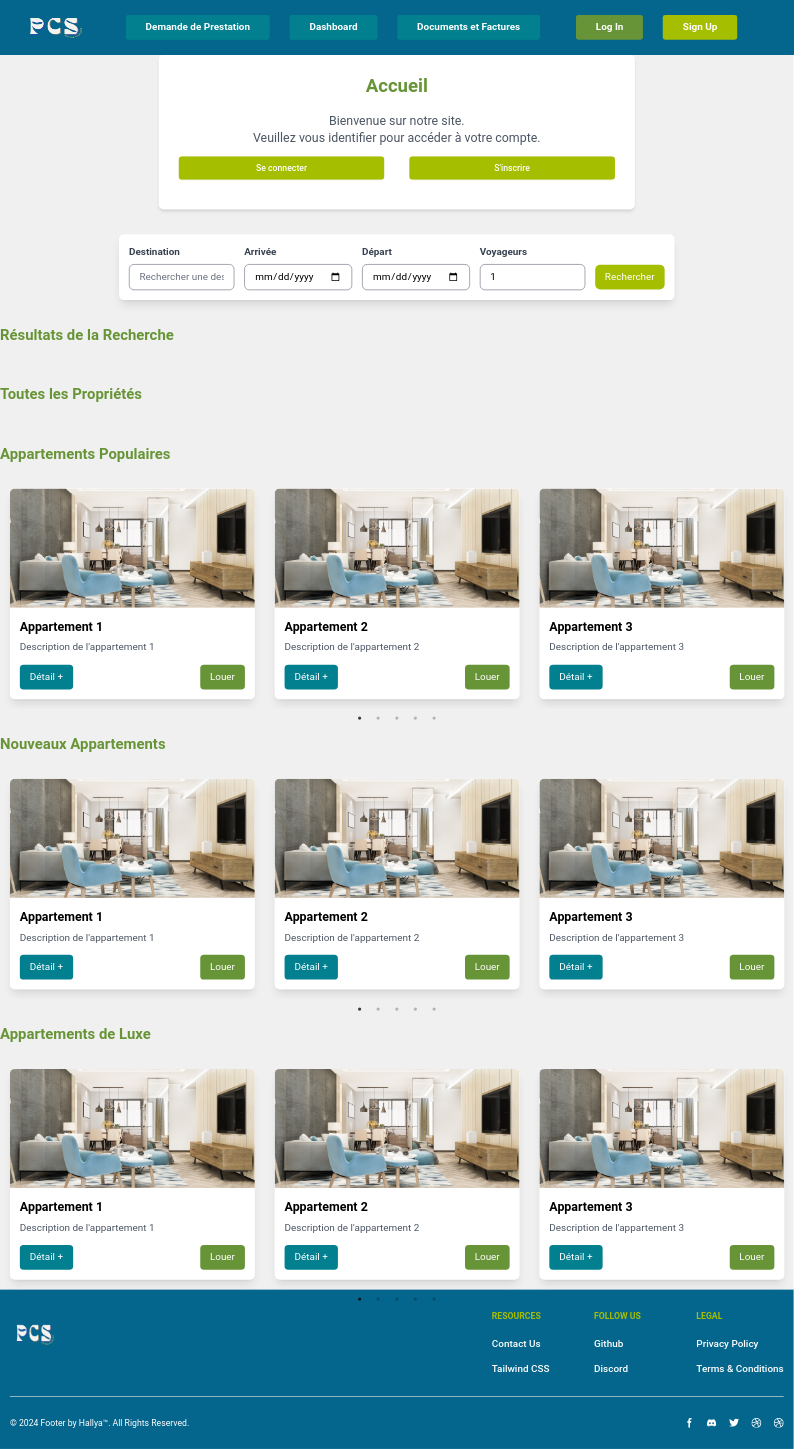
Repository: HATTOUNGBRE/ProjetAnnuel2
Page: /logout (app in FRONT/)
These files come from the project's save history. The page is drawn as it stood at one moment and after the next save; the edit follows.
The browser window is 1280 px wide. The page is 1305 px wide, so the pictures cover 1305 px, including what lies to the right of the window. The pictures show the whole page, at 62% of full size.
The page's requests for data from a server got no answer. The project was rebuilt for these pictures with package versions that can differ from the ones it lists, and the page was loaded fresh each time. No one was signed in, and anything a server would have sent is missing. Also part of the build but not shown: FRONT/vite.config.js, FRONT/src/components/PropertySearch.jsx, FRONT/src/components/Contact.jsx, FRONT/src/components/CatUser.jsx, FRONT/src/components/Login.jsx, FRONT/src/components/prestataire/PrestataireType.jsx, FRONT/src/components/prestataire/PrestataireDetails.jsx, FRONT/src/components/Account.jsx and 14 more.

Above is the page before, as saved 2024-06-28 23:22:40.

### FRONT/src/main.jsx
import React from 'react'
import ReactDOM from 'react-dom/client'
import App from './App.jsx'
import './App.css'
import { AuthProvider } from './components/AuthContext';
import {
  BrowserRouter,
  Route,
  Link
} from "react-router-dom";

ReactDOM.createRoot(document.getElementById('root')).render(
  <React.StrictMode>
    <AuthProvider>
    <App />
    </AuthProvider>
  </React.StrictMode>,
)

### FRONT/src/App.css
@tailwind base;
@tailwind components;
@tailwind utilities;

html, body {
  height: 100%;
  width: 100%;
  margin: 0;
  padding: 0;
  font-family: 'Roboto', sans-serif;
}


.logo {
  height: 5em;
  width: 7em;
  /* will-change: filter; */
  transition: filter 300ms;
}
.logo:hover {
}
.logo.react:hover {
  filter: drop-shadow(0 0 2em #61dafbaa);
}

@keyframes logo-spin {
  from {
    transform: rotate(0deg);
  }
  to {
    transform: rotate(360deg);
  }
}


.card {
  padding: 2em;
}

.read-the-docs {
  color: #888;
}
footer {
  position: absolute;
  left: 0;
  bottom: 0;
  width: 100%;
}
html, body {
  height: 100%;
  margin: 0;
  padding: 0;

}



footer {
  flex-shrink: 0; /* Empêche le pied de page de rétrécir si le contenu est trop grand */
}

.main-content {
  flex: 1;
  padding: 24px;
  overflow-y: auto;
  display: flex;
  flex-direction: column;
}

### FRONT/src/components/Header.jsx
import { useState, useEffect } from 'react';
import Nav from './Nav';
import { Link } from "react-router-dom";

function Header(props) {
  const { isLoggedIn, userRole } = props;

  return (
    <div>
      <header className="bg-pcs-200 sticky top-0 z-[20]">
        <nav className="bg-pcs-200 border-gray-200 dark:bg-gray-900 w-full">
          <div className="w-full flex flex-wrap items-center justify-around p-1">
            <Link to="/" className="flex items-center space-x-3 rtl:space-x-reverse">
              <img src="/public/images/fullDay.png" className="h-8 logo" alt="PCSLogo" />
            </Link>
            <Nav isLoggedIn={isLoggedIn} userRole={userRole} />
            <button
              data-collapse-toggle="navbar-default"
              type="button"
              className="inline-flex items-center p-2 w-10 h-10 justify-center text-sm text-gray-500 rounded-lg md:hidden focus:outline-none focus:ring-2 focus:ring-gray-200 dark:text-gray-400 dark:focus:ring-gray-600"
              aria-controls="navbar-default"
              aria-expanded="false"
            >
              <span className="sr-only">Open main menu</span>
              <svg
                className="w-5 h-5"
                aria-hidden="true"
                xmlns="http://www.w3.org/2000/svg"
                fill="none"
                viewBox="0 0 17 14"
              >
                <path
                  stroke="currentColor"
                  strokeLinecap="round"
                  strokeLinejoin="round"
                  strokeWidth="2"
                  d="M1 1h15M1 7h15M1 13h15"
                />
              </svg>
            </button>
            <div className="hidden w-full md:block md:w-auto" id="navbar-default"></div>
          </div>
        </nav>
      </header>
    </div>
  );
}

export default Header;

### FRONT/src/components/Main.jsx
import React, { useState, useContext, useEffect } from 'react';
import AuthContext from './AuthContext';
import { Link } from 'react-router-dom';
import PropertySearch from './PropertySearch';
import PropertySliderSection from './PropertySliderSection';
import PropertyRow from './PropertyRow';
import 'slick-carousel/slick/slick.css';
import 'slick-carousel/slick/slick-theme.css';

function Main() {
  const { isLoggedIn, userRole } = useContext(AuthContext);

  const [searchTerm, setSearchTerm] = useState('');
  const [cities, setCities] = useState([]);
  const [arrivalDate, setArrivalDate] = useState('');
  const [departureDate, setDepartureDate] = useState('');
  const [guests, setGuests] = useState(1);
  const [searchResults, setSearchResults] = useState([]);
  const [allProperties, setAllProperties] = useState([]);

  useEffect(() => {
    if (searchTerm.length >= 2) {
      searchCities(searchTerm);
    } else {
      setCities([]);
    }
  }, [searchTerm]);

  useEffect(() => {
    fetchAllProperties();
  }, []);

  const searchCities = async (term) => {
    try {
      const response = await fetch(`https://geo.api.gouv.fr/communes?nom=${term}&fields=departement&boost=population&limit=5`);
      const data = await response.json();
      setCities(data);
    } catch (error) {
      console.error('Error fetching cities:', error);
    }
  };

  const handleSearch = async (e) => {
    e.preventDefault();
    try {
      const response = await fetch(
        `http://localhost:8000/api/search-properties?commune=${searchTerm}&maxPersons=${guests}`
      );
      const data = await response.json();
      setSearchResults(data);
      setCities([]);  // Effacer les suggestions après la sélection
    } catch (error) {
      console.error('Error fetching properties:', error);
    }
  };

  const fetchAllProperties = async () => {
    try {
      const response = await fetch('http://localhost:8000/api/properties');
      const data = await response.json();
      setAllProperties(data);
    } catch (error) {
      console.error('Error fetching all properties:', error);
    }
  };

  const sliderSettings = {
    dots: true,
    infinite: true,
    speed: 500,
    slidesToShow: 3,
    slidesToScroll: 1,
    responsive: [
      {
        breakpoint: 1024,
        settings: {
          slidesToShow: 2,
          slidesToScroll: 1,
          infinite: true,
          dots: true
        }
      },
      {
        breakpoint: 600,
        settings: {
          slidesToShow: 1,
          slidesToScroll: 1
        }
      }
    ]
  };

  return (
    <div className="min-h-screen bg-pcs-100 flex flex-col items-center justify-center">
      <div className="max-w-3xl w-full p-8 bg-white shadow-md rounded-lg text-center">
        <h1 className="text-3xl font-semibold text-pcs-400 mb-6">Accueil</h1>
        {isLoggedIn ? (
          <p className="text-xl text-pcs-300">
            Vous êtes connecté.e en tant que <span className="font-bold">{userRole}</span>
          </p>
        ) : (
          <div>
            <p className="text-xl text-gray-600">Bienvenue sur notre site.</p>
            <p className="text-xl text-gray-600">Veuillez vous identifier pour accéder à votre compte.</p>
            <div className='flex justify-center mt-4 space-x-10'>
              <button className='w-full px-4 mb-4 py-2 text-sm font-medium text-white bg-pcs-300 border border-transparent rounded-md shadow-sm hover:bg-pcs-400'>
                <Link to="/components/catUser">Se connecter</Link>
              </button>
              <button className='w-full px-4 mb-4 py-2 text-sm font-medium text-white bg-pcs-300 border border-transparent rounded-md shadow-sm hover:bg-pcs-400'>
                <Link to="/components/inscription">S'inscrire</Link>
              </button>
            </div>
          </div>
        )}
      </div>

      {/* Barre de recherche */}
      {!isLoggedIn || userRole === 'voyageur' ? (
        <div className="mt-10 w-full max-w-4xl bg-white shadow-lg rounded-lg p-4">
          <form onSubmit={handleSearch} className="flex items-center space-x-4">
            <div className="relative w-1/4">
              <label className="block text-gray-700 font-bold mb-2">Destination</label>
              <input
                type="text"
                className="w-full px-4 py-2 border rounded-lg focus:outline-none focus:ring-2 focus:ring-blue-500"
                placeholder="Rechercher une destination"
                value={searchTerm}
                onChange={(e) => setSearchTerm(e.target.value)}
              />
              {cities.length > 0 && (
                <ul className="absolute left-0 mt-2 w-full bg-white border rounded-lg z-10 max-h-48 overflow-y-auto">
                  {cities.map((city) => (
                    <li key={city.code} className="px-4 py-2 border-b last:border-b-0 cursor-pointer hover:bg-gray-200" onClick={() => setSearchTerm(city.nom)}>
                      {city.nom} ({city.departement.nom})
                    </li>
                  ))}
                </ul>
              )}
            </div>
            <div className="w-1/4">
              <label className="block text-gray-700 font-bold mb-2">Arrivée</label>
              <input
                type="date"
                className="w-full px-4 py-2 border rounded-lg focus:outline-none focus:ring-2 focus:ring-blue-500"
                value={arrivalDate}
                onChange={(e) => setArrivalDate(e.target.value)}
              />
            </div>
            <div className="w-1/4">
              <label className="block text-gray-700 font-bold mb-2">Départ</label>
              <input
                type="date"
                className="w-full px-4 py-2 border rounded-lg focus:outline-none focus:ring-2 focus:ring-blue-500"
                value={departureDate}
                onChange={(e) => setDepartureDate(e.target.value)}
              />
            </div>
            <div className="w-1/4">
              <label className="block text-gray-700 font-bold mb-2">Voyageurs</label>
              <input
                type="number"
                min="1"
                className="w-full px-4 py-2 border rounded-lg focus:outline-none focus:ring-2 focus:ring-blue-500"
                value={guests}
                onChange={(e) => setGuests(e.target.value)}
              />
            </div>
            <button
              type="submit"
              className="bg-pcs-300 mt-8 text-white py-2 px-4 rounded-lg hover:bg-pcs-400 focus:outline-none focus:ring-2 focus:ring-blue-500"
            >
              Rechercher
            </button>
          </form>
        </div>
      ) : null}

      {/* Résultats de la recherche */}
      <div className="mt-10 w-full">
        <h2 className="text-2xl font-semibold text-pcs-400 mb-6">Résultats de la Recherche</h2>
        <div className="grid grid-cols-1 md:grid-cols-2 lg:grid-cols-3 gap-4">
          {searchResults.map(property => (
            <PropertyRow key={property.id} property={property} sliderSettings={sliderSettings} />
          ))}
        </div>
      </div>

      {/* Toutes les propriétés */}
      <div className="mt-10 w-full">
        <h2 className="text-2xl font-semibold text-pcs-400 mb-6">Toutes les Propriétés</h2>
        <PropertyRow properties={allProperties} sliderSettings={sliderSettings} />
      </div>

      {/* Sections de propriétés fictives */}
      <PropertySliderSection title="Appartements Populaires" sliderSettings={sliderSettings} />
      <PropertySliderSection title="Nouveaux Appartements" sliderSettings={sliderSettings} />
      <PropertySliderSection title="Appartements de Luxe" sliderSettings={sliderSettings} />
    </div>
  );
}

export default Main;

### FRONT/src/components/Nav.jsx
import { Link } from "react-router-dom";

function Nav(props) {
    const { isLoggedIn, userRole } = props;

    console.log('isLoggedIn page NAV:', isLoggedIn);
    return (
        <>
            <div className='flex space-x-8'>
                <Link to={`/${userRole}/Reservation`}>
                    <button className="bg-pcs-250 hover:bg-pcs-300 text-white font-bold py-2 px-8 rounded">
                        Demande de Prestation
                    </button>
                </Link>

                <Link to={`/components/dashboard/${userRole}`}>
                    <button className="bg-pcs-250 hover:bg-pcs-300 text-white font-bold py-2 px-8 rounded">
                        Dashboard
                    </button>
                </Link>

                <Link to={`/${userRole}/Prestation`}>
                    <button className="bg-pcs-250 hover:bg-pcs-300 text-white font-bold py-2 px-8 rounded">
                        Documents et Factures
                    </button>
                </Link>
            </div>
            {isLoggedIn ? (
                <div className='flex space-x-8'>
                    <Link to='/account'>
                        <button className="bg-pcs-400 hover:bg-pcs-700 text-white font-bold py-2 px-8 rounded">
                            Account
                        </button>
                    </Link>
                    <Link to='/logout'>
                        <button className="bg-pcs-300 hover:bg-pcs-600 text-white font-bold py-2 px-8 rounded">
                            Log out
                        </button>
                    </Link>

                </div>
            ) : (
                <div className='flex space-x-8'>
                    <Link to='/components/catuser'>
                        <button className="bg-pcs-400 hover:bg-pcs-700 text-white font-bold py-2 px-8 rounded">
                            Log In
                        </button>
                    </Link>

                    <Link to='/components/Inscription'>
                        <button className="bg-pcs-300 hover:bg-pcs-600 text-white font-bold py-2 px-8 rounded">
                            Sign Up
                        </button>
                    </Link>
                </div>
            )}
        </>
    );
};

export default Nav;

### FRONT/src/components/LogOut.jsx
import React, { useContext, useEffect } from 'react';
import { useNavigate } from 'react-router-dom';
import AuthContext from './AuthContext';

const LogOut = () => {
  const { logout } = useContext(AuthContext);
  const navigate = useNavigate();

  useEffect(() => {
    logout();
    navigate('/');
  }, [logout, navigate]);

  return null;
};

export default LogOut;

### FRONT/src/components/PropertySliderSection.jsx
import React from 'react';
import Slider from 'react-slick';

const PropertySliderSection = ({ title, sliderSettings }) => {
  return (
    <div className="mt-10 w-full">
      <h2 className="text-2xl font-semibold text-pcs-400 mb-6">{title}</h2>
      <Slider {...sliderSettings}>
        {[1, 2, 3, 4, 5].map(item => (
          <div key={item} className="p-4">
            <div className="bg-white shadow-lg rounded-lg overflow-hidden">
              <img src="http://localhost:8000/uploads/property_photos/default_appart.jpg" alt={`Appartement ${item}`} className="h-48 w-full object-cover" />
              <div className="p-4">
                <h3 className="text-xl font-semibold mb-2">Appartement {item}</h3>
                <p className="text-gray-600 mb-4">Description de l'appartement {item}</p>
                <div className="flex justify-between">
                  <button className="bg-pcs-250 hover:bg-pcs-200 text-white py-2 px-4 rounded-md">Détail +</button>
                  <button className="bg-pcs-400 text-white py-2 px-4 rounded-md">Louer</button>
                </div>
              </div>
            </div>
          </div>
        ))}
      </Slider>
    </div>
  );
};

export default PropertySliderSection;

### FRONT/src/components/PropertyRow.jsx
import React from 'react';
import Slider from 'react-slick';

const PropertyRow = ({ properties, sliderSettings }) => {
  return (
    <div >

      <Slider {...sliderSettings}>
        {properties.map(property => (
          <div key={property.id} className="p-4">
            <div className="bg-white shadow-lg rounded-lg overflow-hidden">
              <img src={`http://localhost:8000/uploads/property_photos/${property.image}`} alt={property.name} className="h-48 w-full object-cover" />
              <div className="p-4">
                <h3 className="text-xl font-semibold mb-2">{property.name}</h3>
                <p className="text-gray-600 mb-4">{property.description}</p>
                <p className="text-gray-600 mb-4">{property.commune}</p>

                <div className="flex justify-between">
                  <button className="bg-pcs-250 hover:bg-pcs-200 text-white py-2 px-4 rounded-md">Détail +</button>
                  <button className="bg-pcs-400 text-white py-2 px-4 rounded-md">Louer</button>
                </div>
              </div>
            </div>
          </div>
        ))}
      </Slider>
    </div>
  );
};

export default PropertyRow;

Loaded but not shown: FRONT/index.html (common file); FRONT/tailwind.config.js (26 lines, source omitted); FRONT/src/components/Footer.jsx (91 lines, source omitted); FRONT/src/App.jsx (95 lines, source omitted); FRONT/src/components/AuthContext.jsx (90 lines, source omitted)

After the next save:
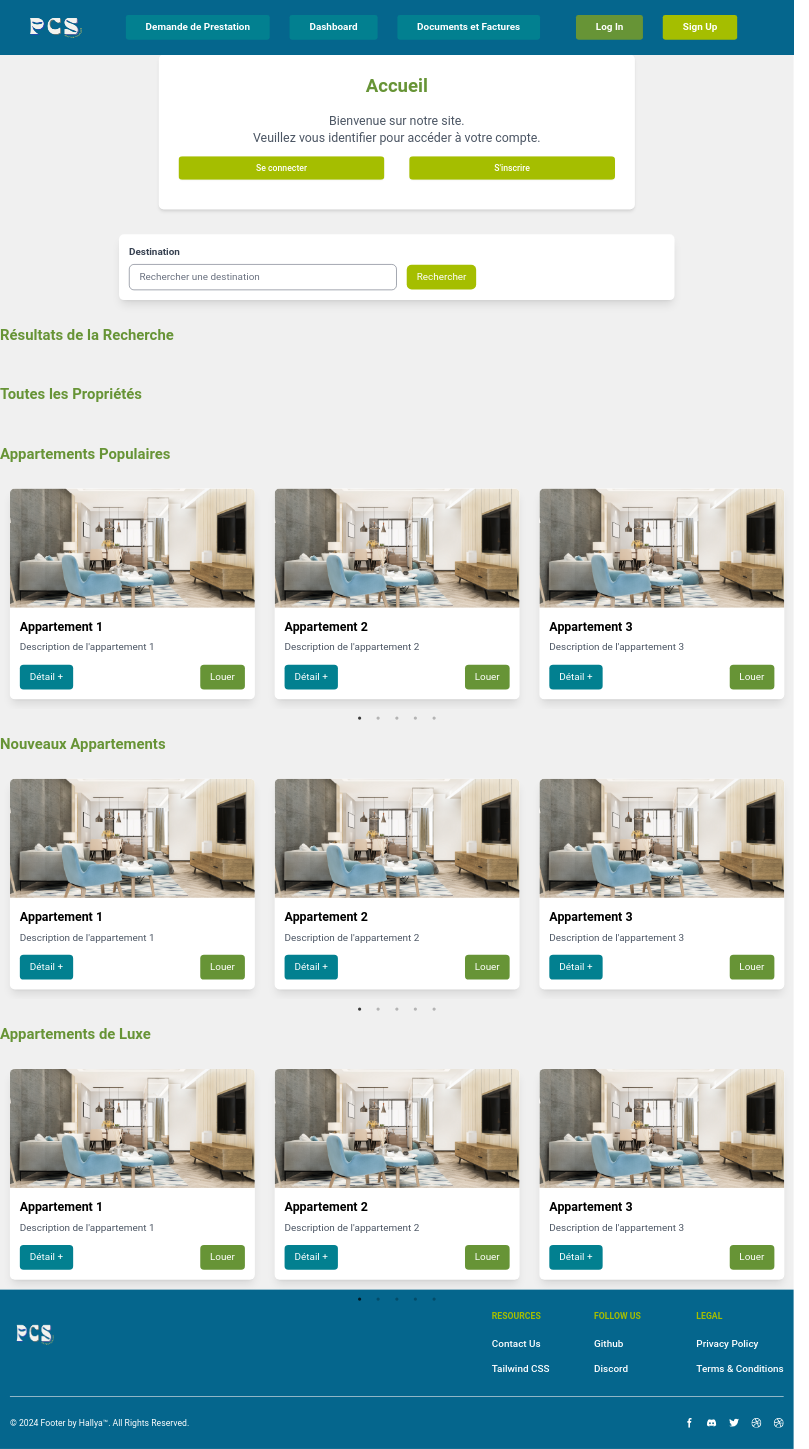
Saved 14 h 23 min later.
--- a/FRONT/src/components/Main.jsx
+++ b/FRONT/src/components/Main.jsx
@@ -1,9 +1,8 @@
 import React, { useState, useContext, useEffect } from 'react';
 import AuthContext from './AuthContext';
 import { Link } from 'react-router-dom';
-import PropertySearch from './PropertySearch';
+import PropertyRow from './PropertyRow';
 import PropertySliderSection from './PropertySliderSection';
-import PropertyRow from './PropertyRow';
 import 'slick-carousel/slick/slick.css';
 import 'slick-carousel/slick/slick-theme.css';
 
@@ -12,11 +11,9 @@ function Main() {
 
   const [searchTerm, setSearchTerm] = useState('');
   const [cities, setCities] = useState([]);
-  const [arrivalDate, setArrivalDate] = useState('');
-  const [departureDate, setDepartureDate] = useState('');
-  const [guests, setGuests] = useState(1);
   const [searchResults, setSearchResults] = useState([]);
   const [allProperties, setAllProperties] = useState([]);
+  const [noResultsMessage, setNoResultsMessage] = useState('');
 
   useEffect(() => {
     if (searchTerm.length >= 2) {
@@ -44,13 +41,19 @@ function Main() {
     e.preventDefault();
     try {
       const response = await fetch(
-        `http://localhost:8000/api/search-properties?commune=${searchTerm}&maxPersons=${guests}`
+        `http://localhost:8000/api/search-properties?commune=${searchTerm}`
       );
       const data = await response.json();
       setSearchResults(data);
       setCities([]);  // Effacer les suggestions après la sélection
+      if (data.length === 0) {
+        setNoResultsMessage('Pas de résultat pour cette recherche');
+      } else {
+        setNoResultsMessage('');
+      }
     } catch (error) {
       console.error('Error fetching properties:', error);
+      setNoResultsMessage('Pas de résultat pour cette recherche');
     }
   };
 
@@ -118,7 +121,7 @@ function Main() {
       {!isLoggedIn || userRole === 'voyageur' ? (
         <div className="mt-10 w-full max-w-4xl bg-white shadow-lg rounded-lg p-4">
           <form onSubmit={handleSearch} className="flex items-center space-x-4">
-            <div className="relative w-1/4">
+            <div className="relative w-1/2">
               <label className="block text-gray-700 font-bold mb-2">Destination</label>
               <input
                 type="text"
@@ -137,34 +140,6 @@ function Main() {
                 </ul>
               )}
             </div>
-            <div className="w-1/4">
-              <label className="block text-gray-700 font-bold mb-2">Arrivée</label>
-              <input
-                type="date"
-                className="w-full px-4 py-2 border rounded-lg focus:outline-none focus:ring-2 focus:ring-blue-500"
-                value={arrivalDate}
-                onChange={(e) => setArrivalDate(e.target.value)}
-              />
-            </div>
-            <div className="w-1/4">
-              <label className="block text-gray-700 font-bold mb-2">Départ</label>
-              <input
-                type="date"
-                className="w-full px-4 py-2 border rounded-lg focus:outline-none focus:ring-2 focus:ring-blue-500"
-                value={departureDate}
-                onChange={(e) => setDepartureDate(e.target.value)}
-              />
-            </div>
-            <div className="w-1/4">
-              <label className="block text-gray-700 font-bold mb-2">Voyageurs</label>
-              <input
-                type="number"
-                min="1"
-                className="w-full px-4 py-2 border rounded-lg focus:outline-none focus:ring-2 focus:ring-blue-500"
-                value={guests}
-                onChange={(e) => setGuests(e.target.value)}
-              />
-            </div>
             <button
               type="submit"
               className="bg-pcs-300 mt-8 text-white py-2 px-4 rounded-lg hover:bg-pcs-400 focus:outline-none focus:ring-2 focus:ring-blue-500"
@@ -178,11 +153,15 @@ function Main() {
       {/* Résultats de la recherche */}
       <div className="mt-10 w-full">
         <h2 className="text-2xl font-semibold text-pcs-400 mb-6">Résultats de la Recherche</h2>
-        <div className="grid grid-cols-1 md:grid-cols-2 lg:grid-cols-3 gap-4">
-          {searchResults.map(property => (
-            <PropertyRow key={property.id} property={property} sliderSettings={sliderSettings} />
-          ))}
-        </div>
+        {searchResults.length > 0 ? (
+          <div className="grid grid-cols-1 md:grid-cols-2 lg:grid-cols-3 gap-4">
+            {searchResults.map(property => (
+              <PropertyRow key={property.id} property={property} sliderSettings={sliderSettings} />
+            ))}
+          </div>
+        ) : (
+          <p className="text-xl text-gray-600">{noResultsMessage}</p>
+        )}
       </div>
 
       {/* Toutes les propriétés */}
